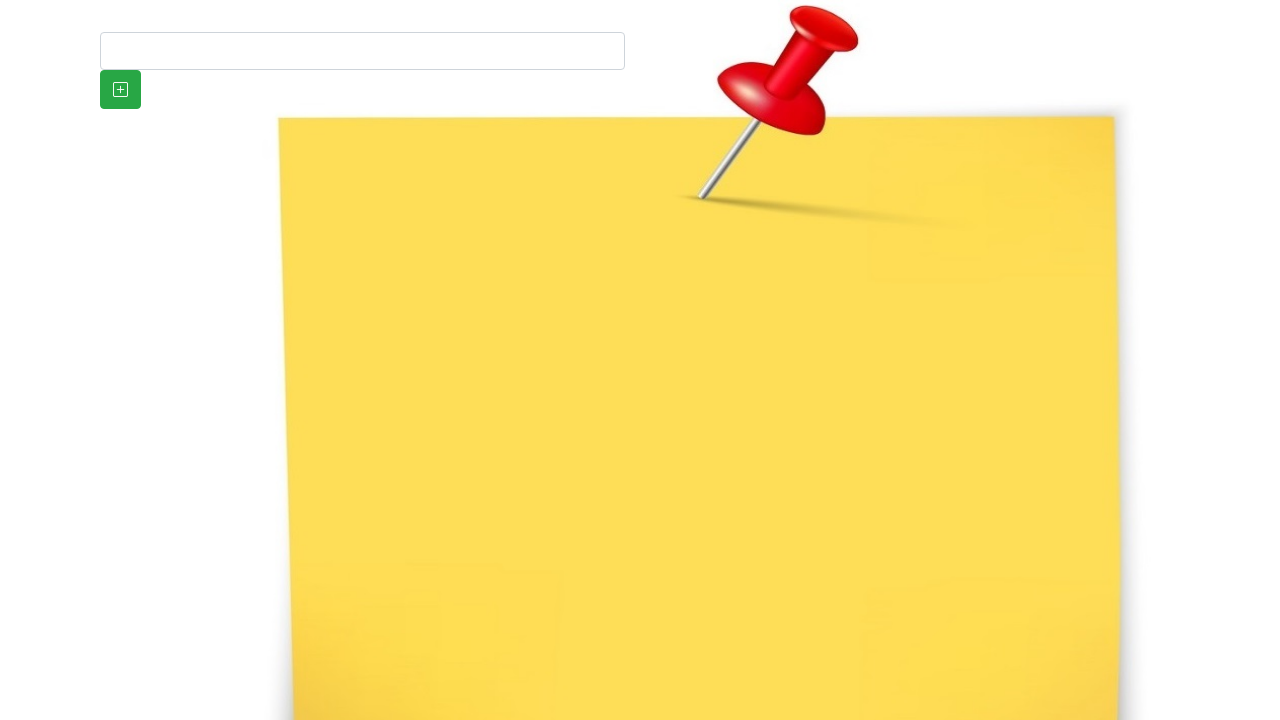
Repository: walaaElbasha/Todo-list-laravel
Page: http://localhost/tasks
An editor plug-in stored every save of this project. The page is shown before and after the next save, followed by the edit.
The browser window is 1280 px wide. The pictures show the whole page.
The page is served by the project's Laravel application, run on PHP 8.4 with Laravel 8. Other server files are loaded and not shown. Style sheets and scripts are compiled from the project's sources, by tool versions that may differ from the author's. Queries for data that is not in the repository find no rows.

Above is the page before, as saved 2021-07-01 14:00:41.

### routes/web.php
<?php

use Illuminate\Support\Facades\Route;
use App\Http\Controllers\TaskController;
/*
|--------------------------------------------------------------------------
| Web Routes
|--------------------------------------------------------------------------
|
| Here is where you can register web routes for your application. These
| routes are loaded by the RouteServiceProvider within a group which
| contains the "web" middleware group. Now create something great!
|
*/

Route::get('/', function () {
    return view('welcome');
});

Route::get('/tasks', [TaskController::class, 'index'])->name('tasks.index');
Route::post('/tasks', [TaskController::class, 'store'])->name('tasks.store');
Route::get('/tasks/{task}/edit', [TaskController::class, 'edit'])->name('tasks.edit');
Route::put('/tasks/{task}', [TaskController::class, 'update'])->name('tasks.update');
Route::delete('/tasks/{task}', [TaskController::class, 'destroy'])->name('tasks.destroy');

### app/Http/Controllers/TaskController.php
<?php

namespace App\Http\Controllers;
use Illuminate\Http\Request;
use App\Http\Requests\TaskRequest;
use App\Models\Task;


class TaskController extends Controller

{

    public function index()
    {
        $allTasks = Task::paginate(5);

        return view('tasks.index', [
            'allTasks' => $allTasks
        ]);
    }

    public function edit($taskId)
    {
        $task = Task::find($taskId);
        return view('tasks.edit', [
            'task' => $task,
        ]);
    }
    public function update($taskId, TaskRequest $request)
    {


        // $requestData = $request->all();

        // $task = Task::find($taskId);
        // $task->update($requestData);
        // $task->save();

        $requestData = $request->all();
        $task = Task::find($taskId);
        $task->update($requestData);
        $task->save();
        return redirect()->route('tasks.index')->with('success', "TODO updated successfully!");
    }

    public function destroy($taskId)
    {

        $task = Task::findorfail($taskId);

        $task->delete();
        return redirect()->route('tasks.index');
    }



    public function store(TaskRequest $request)
    {

        // $requestData = $request->all();
        // Task::create($requestData);

        $task = new Task;
        $task->name = $request->name;
        $task->save();
        return redirect()->route('tasks.index');
    }

}

### resources/views/tasks/index.blade.php
@extends('layouts.app')

@section('content')

<!-- Bootstrap Boilerplate... -->
<div>

    <div class="container">
        <!-- Display Validation Errors -->
        <ul>
            @foreach($allTasks as $task)

            <li>
                <div class="row" style="display:flex;">
                    <div class="col-6">
                        {{ $task->name}}



                        <div class="col-6" stye="justify-content:flex-end float:right">

                            <a href="{{ route('tasks.edit',['task' => $task['id']]) }}" class="btn btn-secondary" style="margin-bottom: 20px;"><i class="bi bi-pencil-square"></i>


                            </a>

                            <form style="display:inline" method="POST" action="{{route('tasks.destroy',['task' => $task['id']])}}">
                                @csrf
                                @method('DELETE')
                                <button onclick="return confirm('Are you sure?')" class="btn btn-danger" type="submit" style="margin-bottom: 20px;"><i class="bi bi-trash-fill"></i></button>
                            </form>
                        </div>
                        <br>
            </li>
            @endforeach
        </ul>
        <!-- New Task Form -->
        <form action="{{ route('tasks.store') }}" method="POST" class="form-horizontal">
            @csrf

            <!-- Task Name -->
            <div class="form-group">
                <div class="text-center" style="display:flex; justify-content:center; align-items:center">
                    {{$allTasks->links("pagination::bootstrap-4")}}

                </div>

                @if($errors->any())
                <div class="alert alert-danger">
                    <ul>
                        @foreach ($errors->all() as $error)
                        <li>{{ $error }}</li>
                        @endforeach
                    </ul>
                </div>
                @endif
                <div style="display:flex">
                    <div class="col-sm-6">
                        <input type="text" name="name" id="name" class="form-control">
                    </div>
                </div>
                <div class="form-group">
                    <div class="col-sm-offset-3 col-sm-6">
                        <button type="submit" class="btn btn-success">
                            <span style="font-size:15px"><i class="bi bi-plus-square"></i> </span>
                        </button>
                    </div>
                </div>
            </div>
        </form>
    </div>
</div>



<!-- TODO: Current Tasks -->
@endsection

### resources/views/layouts/app.blade.php
<!DOCTYPE html>
<html lang="en">

<head>
    <meta charset="utf-8">
    <meta name="viewport" content="width=device-width, initial-scale=1">

    <!-- CSRF Token -->
    <meta name="csrf-token" content="{{ csrf_token() }}">

    <title>{{ config('app.name', 'All Tasks') }}</title>

    <!-- Scripts -->
    <script src="{{ asset('js/app.js') }}" defer></script>

    <!-- Fonts -->
    <link rel="dns-prefetch" href="//fonts.gstatic.com">
    <link href="https://fonts.googleapis.com/css?family=Nunito" rel="stylesheet">

    <!-- Styles -->
    <link href="{{ asset('css/app.css') }}" rel="stylesheet">
    <link rel="stylesheet" href="https://cdn.jsdelivr.net/npm/bootstrap@4.6.0/dist/css/bootstrap.min.css" integrity="sha384-B0vP5xmATw1+K9KRQjQERJvTumQW0nPEzvF6L/Z6nronJ3oUOFUFpCjEUQouq2+l" crossorigin="anonymous">
    <link rel="stylesheet" href="path/to/font-awesome/css/font-awesome.min.css">
    <link rel="stylesheet" href="https://cdn.jsdelivr.net/npm/bootstrap-icons@1.5.0/font/bootstrap-icons.css">
</head>


<body style="background-image: url('sticky.jpg')  ; background-repeat: no-repeat;
  background-size: 1400px 950px;">
    <div class="container">
        <nav class="navbar navbar-default">
            <!-- Navbar Contents -->
        </nav>
    </div>

    @yield('content')

</body>

</html>

Loaded but not shown: app/Http/Controllers/Controller.php (common file); app/Models/Task.php (common file); resources/sass/app.scss (common file); resources/sass/_variables.scss (common file)

After the next save:
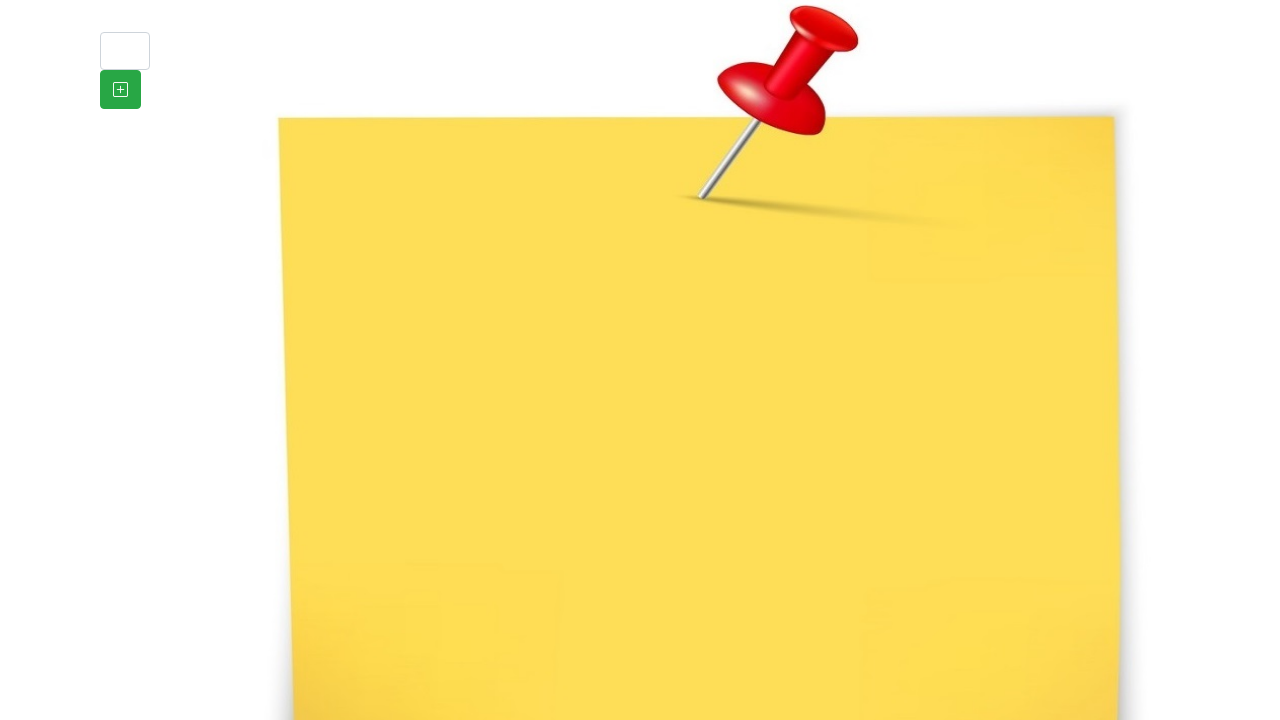
Saved 18 s later.
--- a/resources/views/tasks/index.blade.php
+++ b/resources/views/tasks/index.blade.php
@@ -56,7 +56,7 @@
                 @endif
                 <div style="display:flex">
                     <div class="col-sm-6">
-                        <input type="text" name="name" id="name" class="form-control">
+                        <input type="text" name="name" id="name" class="form-control" style="width:50px">
                     </div>
                 </div>
                 <div class="form-group">

After the save that followed:
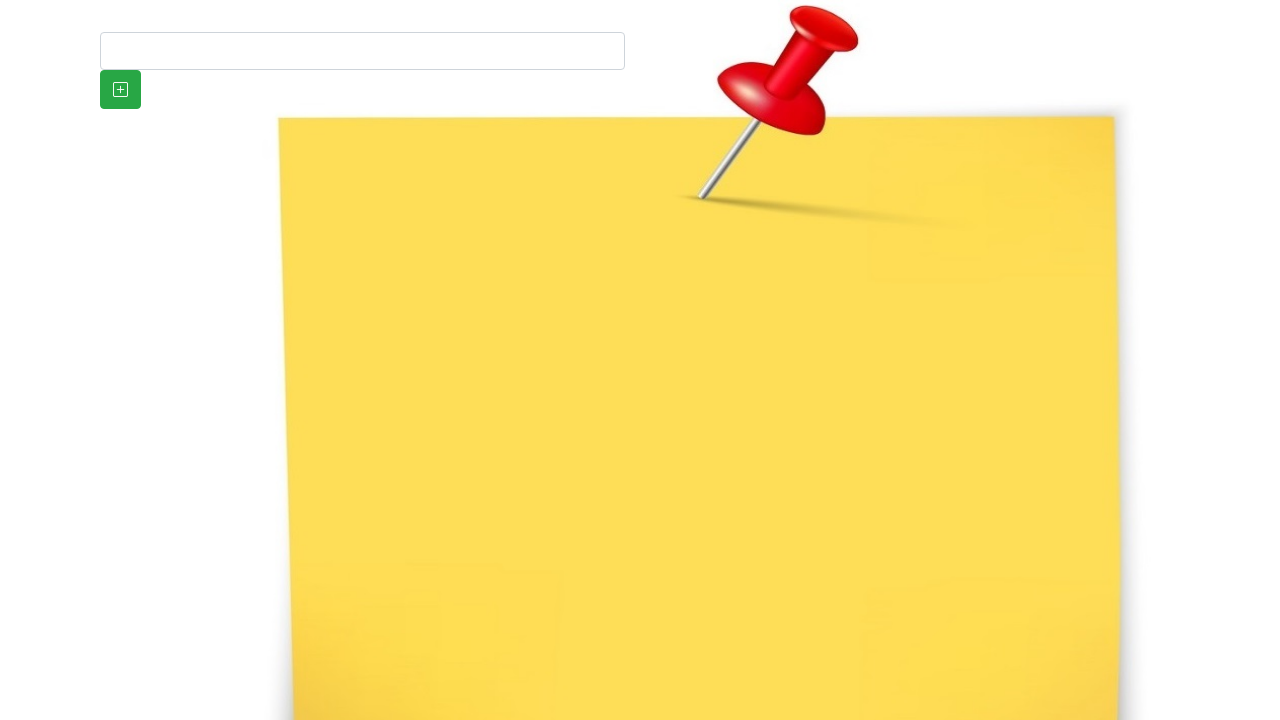
Saved 10 s later.
--- a/resources/views/tasks/index.blade.php
+++ b/resources/views/tasks/index.blade.php
@@ -56,7 +56,7 @@
                 @endif
                 <div style="display:flex">
                     <div class="col-sm-6">
-                        <input type="text" name="name" id="name" class="form-control" style="width:50px">
+                        <input type="text" name="name" id="name" class="form-control">
                     </div>
                 </div>
                 <div class="form-group">
